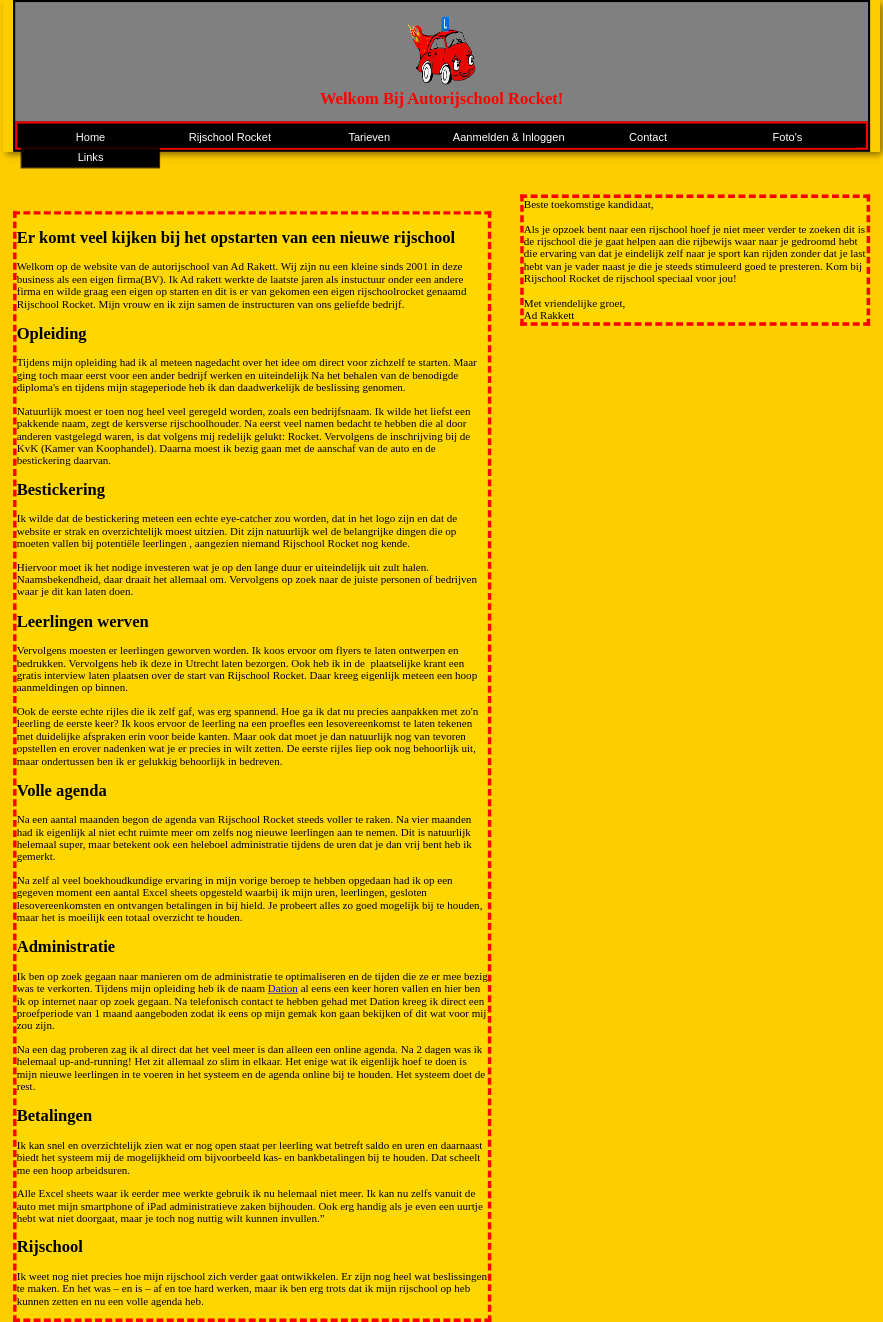
Repository: Julian-4A5A/rijschoolrocket
Page: workspace/Homepagina/Index.html
The author's editor kept a record of every edit. The page is drawn from the files as they stood at one moment, then again after the next edit.
The browser window is 1280 px wide. The pictures show the whole page, at 69% of full size.
Some web libraries are served in a nearby version.

Above is the page before.
Not found: workspace/Homepagina/js/hamburger.js

### workspace/Homepagina/Index.html
<!DOCTYPE html>
<html>
    <head>
        <meta name="viewport" content="width=device-width, initial-scale = 1.0, maximum-scale=1.0, user-scalable=no" />
        <title>Welkom bij Rijschool Rocket</title>
        <link href="opmaak1.css" rel="stylesheet" type="text/css">
        <script src="//code.jquery.com/jquery-1.9.1.min.js"></script>
        <script src="//code.jquery.com/ui/1.10.3/jquery-ui.js"></script>
        <script src="js/hamburger.js"></script>
    </head>


<body>
 <section id="content">


        <header>
                <h2> <div id="imageauto"><img src="Auto.png" style="height:100px;width:100px"></div> Welkom Bij Autorijschool Rocket!</h2>
                <div id="menu" >
                    <ul id="nav">
                        <li><a class="meunut" href="/Homepagina/Index.html" target="_self">Home</a></li>
                        <li><a class="meunut" href="/Bedrijfsinformatie/Bedrijfsinformatie.html">Rijschool Rocket</a>
                             <ul>
                                <li><a class="meunut" href="#" target="_self">Organisatie</a></li>
                                <li><a class="meunut" href="#" target="_self">Voorwaarden</a></li>
                                <li><a class="meunut" href="#" target="_self">Vactures</a></li>
                            </ul></li>
                        <li><a class="meunut" href="/Tarieven/Lespakketten.html" target="_self">Tarieven</a>
                            <ul>
                                <li><a class="meunut" href="#" target="_self">Theorieles</a></li>
                                <li><a class="meunut" href="#" target="_self">Auto</a></li>
                                <li><a class="meunut" href="#" target="_self">Vrachtwagen</a></li>
                                <li><a class="meunut" href="#" target="_self">Aanhangwagen</a></li>
                                <li><a class="meunut" href="#" target="_self">Bromfiets</a></li>
                                <li><a class="meunut" href="#" target="_self">Motor</a></li>
                                <li><a class="meunut" href="#" target="_self">Taxi</a></li>
                            </ul></li>
                        <li><a class="meunut" href="/Aanmelden/Aanmeld.html" target="_self">Aanmelden & Inloggen</a>
                            <ul>
                                <li><a class="meunut" href="#" target="_self">Aanmelden</a></li>
                                <li><a class="meunut" href="#" target="_self">Inloggen</a></li>
                                <li><a class="meunut" href="/Aanmelden/MijnRocket.html" target="_self">Mijn Rocket</a></li>

                            </ul></li>
                        <li><a class="meunut" href="/Contact/Contact.html" target="_self">Contact</a>
                            <ul>
                                <li><a class="meunut" href="#" target="_self">Bel-Me-Nu</a></li>
                                <li><a class="meunut" href="#" target="_self">Locatie</a></li>
                            </ul></li>
                        <li><a class="meunut" href="/Fotos/foto's.html" target="_self">Foto's</a></li>
                        <li><a class="meunut" href="/Derdeman/Links.html" target="_self">Links</a></li>
                            </ul>
                </div>
        </header>
        <div id="middle">Beste toekomstige kandidaat, <br><br>Als je opzoek bent naar een rijschool hoef je niet meer verder te zoeken dit is de rijschool die je gaat helpen aan die rijbewijs waar naar je gedroomd hebt
        die ervaring van dat je eindelijk zelf naar je sport kan rijden zonder dat je last hebt van je vader naast je die je steeds stimuleerd goed te presteren. Kom bij Rijschool Rocket de rijschool speciaal voor jou! <br><br> Met vriendelijke groet,<br> Ad Rakkett</div>

        <div id="left">
            <h1>Er komt veel kijken bij het opstarten van een nieuwe rijschool</h1>

            <p>Welkom op de website van de autorijschool van Ad Rakett. Wij zijn nu een kleine sinds 2001 in deze business als een eigen firma(BV).
            Ik Ad rakett werkte de laatste jaren als instuctuur onder een andere firma en wilde graag een eigen op starten en dit is
            er van gekomen een eigen rijschoolrocket genaamd Rijschool Rocket. Mijn vrouw en ik zijn samen de instructuren van ons geliefde bedrijf.</p>


            <h2>Opleiding</h2>
                <p>Tijdens mijn opleiding had ik al meteen nagedacht over het idee om direct voor zichzelf te starten. Maar ging toch maar eerst voor een ander bedrijf werken en uiteindelijk
                Na het behalen van de benodigde diploma&#39;s en tijdens mijn stageperiode heb ik dan daadwerkelijk de beslissing genomen.</p>
                <p>Natuurlijk moest er toen nog heel veel geregeld worden, zoals een bedrijfsnaam. Ik wilde het liefst een pakkende naam,
                zegt de kersverse rijschoolhouder. Na eerst veel namen bedacht te hebben die al door anderen vastgelegd waren, is dat volgens mij redelijk gelukt: Rocket.
                Vervolgens de inschrijving bij de KvK (Kamer van Koophandel). Daarna moest ik bezig gaan met de aanschaf van de auto en de bestickering daarvan.</p>
            <h2>Bestickering</h2>
                <p>Ik wilde dat de bestickering meteen een echte eye-catcher zou worden, dat in het logo  zijn en dat de website er
                strak en overzichtelijk moest uitzien. Dit zijn natuurlijk wel de belangrijke dingen die op moeten vallen bij potenti&#235;le leerlingen , aangezien niemand Rijschool Rocket nog kende.</p>
                <p>Hiervoor moet ik het nodige investeren wat je op den lange duur er uiteindelijk uit zult halen. Naamsbekendheid, daar draait het allemaal om. Vervolgens op
                zoek naar de juiste personen of bedrijven waar je dit kan laten doen.</p>
            <h2>Leerlingen werven</h2>
                <p>Vervolgens moesten er leerlingen geworven worden. Ik koos ervoor om flyers te laten ontwerpen en bedrukken. Vervolgens heb ik
                deze in Utrecht laten bezorgen. Ook heb ik in de&nbsp; plaatselijke krant een gratis interview laten plaatsen over de start van Rijschool Rocket. Daar kreeg eigenlijk
                meteen een hoop aanmeldingen op binnen.</p>
                <p>Ook de eerste echte rijles die ik zelf gaf, was erg spannend. Hoe ga ik dat nu precies aanpakken met zo&#39;n leerling de eerste keer? Ik koos ervoor de leerling
                na een proefles een lesovereenkomst te laten tekenen met duidelijke afspraken erin voor beide kanten. Maar ook dat moet je dan natuurlijk nog van tevoren
                opstellen en erover nadenken wat je er precies in wilt zetten. De eerste rijles liep ook nog behoorlijk uit, maar ondertussen ben ik er gelukkig behoorlijk in bedreven.</p>
            <h2>Volle agenda</h2>
                <p>Na een aantal maanden begon de agenda van Rijschool Rocket steeds voller te raken. Na vier maanden had ik eigenlijk al niet echt ruimte meer om zelfs nog nieuwe
                leerlingen aan te nemen. Dit is natuurlijk helemaal super, maar betekent ook een heleboel administratie tijdens de uren dat je dan vrij bent heb ik gemerkt.</p>
                <p>Na zelf al veel boekhoudkundige ervaring in mijn vorige beroep te hebben opgedaan had ik op een gegeven moment een aantal Excel sheets opgesteld waarbij ik mijn uren,
                leerlingen, gesloten lesovereenkomsten en ontvangen betalingen in bij hield. Je probeert alles zo goed mogelijk bij te houden, maar het is moeilijk een totaal overzicht te houden.</p>
            <h2>Administratie</h2>
                <p>Ik ben op zoek gegaan naar manieren om de administratie te optimaliseren en de tijden die ze er mee bezig was te verkorten. Tijdens mijn opleiding heb ik de naam
                <a href="http://www.dation.nl" onclick="_gaq.push(['_trackEvent', 'outbound-article', 'http://www.dation.nl', 'Dation']);" target="_blank">Dation</a> al eens een keer horen
                vallen en hier ben ik op internet naar op zoek gegaan. Na telefonisch contact te hebben gehad met Dation kreeg ik direct een proefperiode van 1 maand aangeboden zodat ik eens op mijn gemak kon gaan bekijken of dit wat voor mij zou zijn.</p>
                <p>Na een dag proberen zag ik al direct dat het veel meer is dan alleen een online agenda. Na 2 dagen was ik helemaal up-and-running! Het zit allemaal zo slim in elkaar.
                Het enige wat ik eigenlijk hoef te doen is mijn nieuwe leerlingen in te voeren in het systeem en de agenda online bij te houden. Het systeem doet de rest.</p>
            <h2>Betalingen</h2>
                <p>Ik kan snel en overzichtelijk zien wat er nog open staat per leerling wat betreft saldo en uren en daarnaast biedt het systeem mij de mogelijkheid om bijvoorbeeld kas-
                en bankbetalingen bij te houden. Dat scheelt me een hoop arbeidsuren.</p>
                <p>Alle Excel sheets waar ik eerder mee werkte gebruik ik nu helemaal niet meer. Ik kan nu zelfs vanuit de auto met mijn smartphone of iPad administratieve zaken bijhouden.
                Ook erg handig als je even een uurtje hebt wat niet doorgaat, maar je toch nog nuttig wilt kunnen invullen.”</p>
            <h2>Rijschool</h2>
                <p>Ik weet nog niet precies hoe mijn rijschool zich verder gaat ontwikkelen. Er zijn nog heel wat beslissingen te maken. En het was &#150; en is &#150; af en toe hard werken,
                maar ik ben erg trots dat ik mijn rijschool op heb kunnen zetten en nu een volle agenda heb.&nbsp;</p>

        </div>


        <div>

       </div>


        </section>
    </body>
</html>

### workspace/Homepagina/opmaak1.css
html{height: 98%;}
body{height:98%;}
#content{
    width: 97%;

    margin: 0px auto;
    padding-top: 0px;
    padding-left: 15px;
    padding-right: 15px;
    -webkit-box-shadow: 4px 4px 10px rgba(0, 0, 0, 0.5);
    -moz-box-shadow: 4px 4px 10px rgba(0, 0, 0, 0.5);
    box-shadow: 4px 4px 10px rgba(0, 0, 0, 0.5);


}
header {
    text-align: center;
    background-color: gray;
    border: 3px solid black;
    width: auto;
    color: red;
    margin-left: 0px;
}

body {
    background-color: #FFCC00;
    margin: auto;
}
#left{
    float:left;
    width:55%;
    border:solid 5.5px red;
    border-style: dashed;
    background-color:#FFD700;
    margin-top:5%;
    margin-bottom:5%;
}
#middle{
    float:right;
    margin-top:5%;
    width:40%;
    border:solid 5.5px red;
    border-style: dashed;
    background-color:#FFD700;
}
footer {
    border: 3px solid black;
    width: 100%;
    padding: 20px;
    background-color: red;
    margin-left: 0px;
    position: fixed;
    bottom: 0px;
}

#topnav li{
    list-style-type: none;
    display: inline;
}

#topnav {
   background-color: red;
   border: 3px solid black;
   width: auto;
   margin: auto;
   text-align: center;
   margin-left: 0px;
}

p.underline {
    text-decoration: underline;
    font-size: 25px;
    text-decoration: bold;
}





#nav, #nav ul{
    list-style: none;
    margin: 0px;
    padding: 5px;
}
.meunut {
        text-decoration: none;
        font-family:sans-serif;
    }
#menu {
        background-color: black;
        height: 35px;
        border:solid 3px red;
    }

#nav li {
        float: left;
        width: 200px
    }
#nav ul {
        position: absolute;
        width: 200px;
        left: -1000px;
    }
#nav li:hover ul {
        left: auto;}

#nav   li:hover, li a:hover {
      background: #000;
}
#menu  ul li a {
    display: block;background: #000;
    padding: 5px 10px 5px 10px;
    text-decoration: none;
    white-space: nowrap;
    color: #fff;

  }
  #menu ul li {
      display: block;
      float: left;
      border:1px solid #000

  }
  #nav ul li {
      display: block;position: relative;
      float: left;
      border:1px solid #000
}

#nav  li:hover a{
      background: #f00;

  }

@media only screen and (max-width: 700px){
    header{
        margin-bottom:150px;
    }
    #middle, #left{
        width:80%;
    }
    #left h1{
        font-size:250%;

    }
    #left p{
        font-size:175%;
    }
    #left h2{
        font-size:200%;

    }
    #middle{
        font-size:150%;
    }

}

After the next edit:
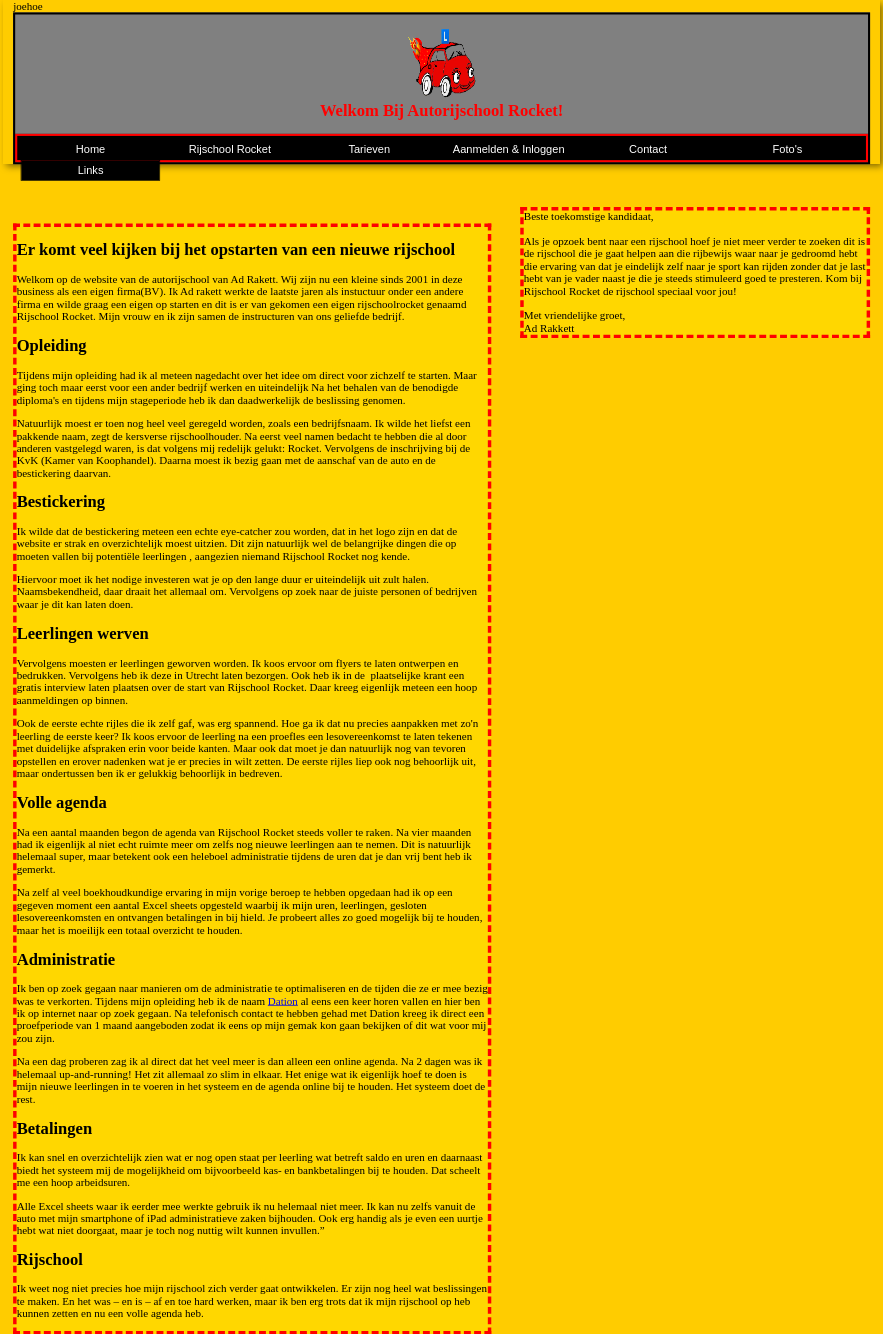
The edit:
--- a/workspace/Homepagina/Index.html
+++ b/workspace/Homepagina/Index.html
@@ -12,7 +12,7 @@
 
 <body>
  <section id="content">
-
+    joehoe
 
         <header>
                 <h2> <div id="imageauto"><img src="Auto.png" style="height:100px;width:100px"></div> Welkom Bij Autorijschool Rocket!</h2>

After the 2 edits that followed:
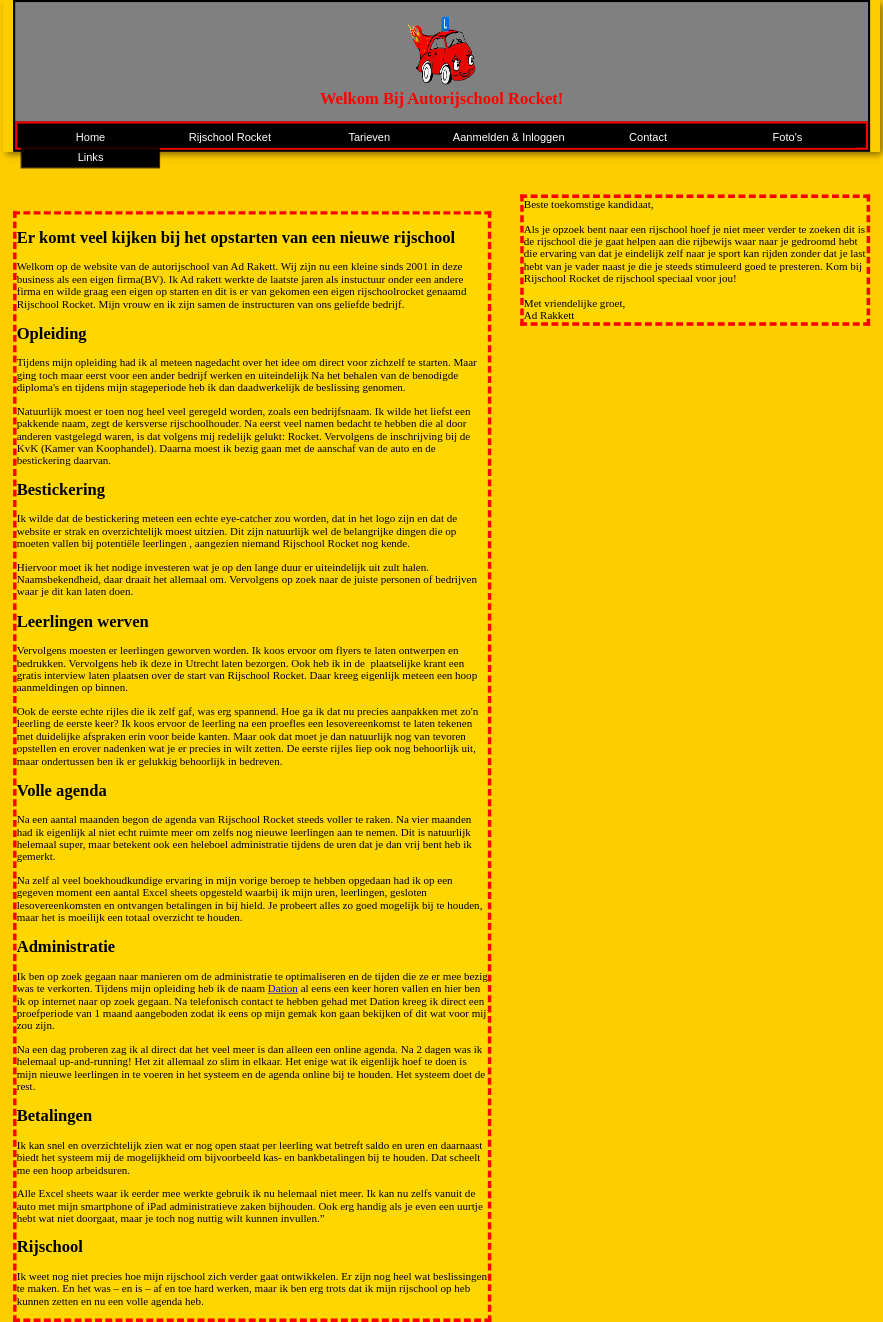
The 2 edits are shown as one change because 1 left the picture as it was.
The edit:
--- a/workspace/Homepagina/Index.html
+++ b/workspace/Homepagina/Index.html
@@ -12,7 +12,7 @@
 
 <body>
  <section id="content">
-    joehoe
+
 
         <header>
                 <h2> <div id="imageauto"><img src="Auto.png" style="height:100px;width:100px"></div> Welkom Bij Autorijschool Rocket!</h2>
@@ -39,7 +39,7 @@
                             <ul>
                                 <li><a class="meunut" href="#" target="_self">Aanmelden</a></li>
                                 <li><a class="meunut" href="#" target="_self">Inloggen</a></li>
-                                <li><a class="meunut" href="/Aanmelden/MijnRocket.html" target="_self">Mijn Rocket</a></li>
+                                <li><a class="meunut" href="/Aanmelden/MijnRaket.html" target="_self">Mijn Rocket</a></li>
 
                             </ul></li>
                         <li><a class="meunut" href="/Contact/Contact.html" target="_self">Contact</a>
